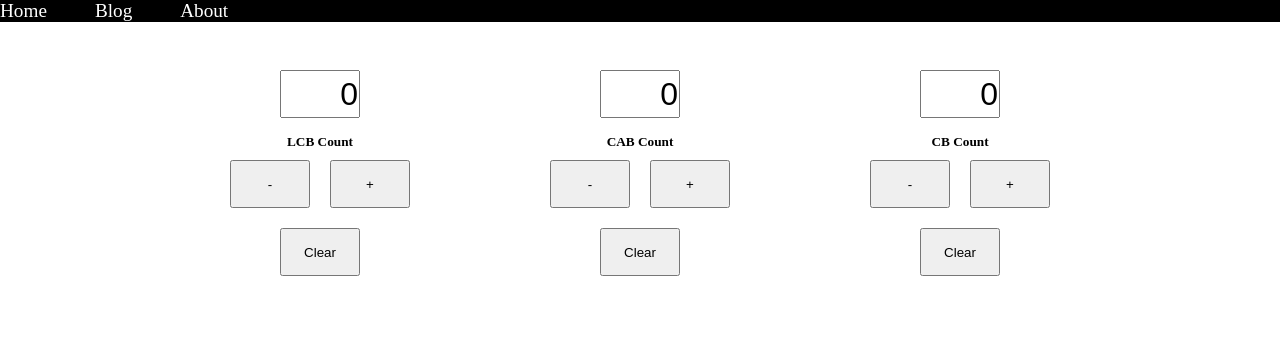
Repository: suraj-yadav7/SwitchWorkflow-Count-reactjs
Page: /
The author's editor kept a copy of each file at every save. The page is drawn from the files as they stood at one save, then again after the next save.
The browser window is 1280 px wide. The pictures show the whole page.
The project was rebuilt for these pictures with package versions that can differ from the ones it lists, and the page was loaded fresh each time.

Above is the page before, as saved 2023-04-17 18:33:33.

After the next save:
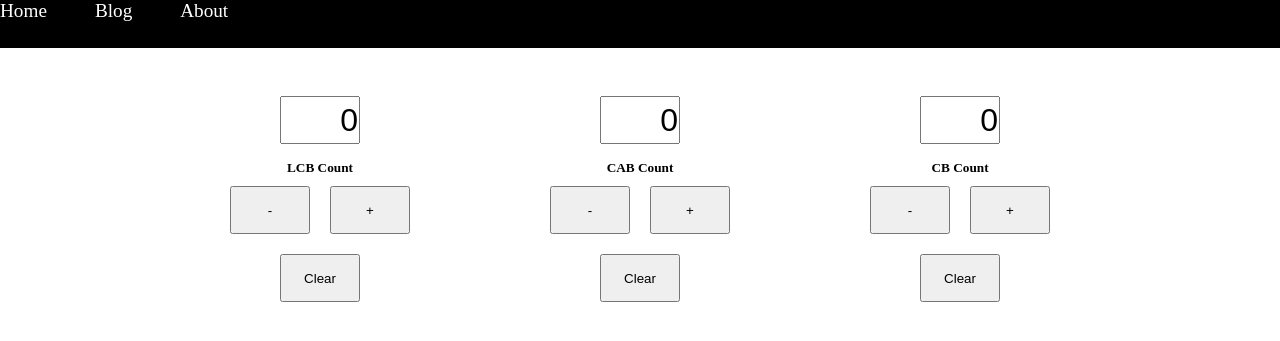
Saved 26 s later.
--- a/src/App.css
+++ b/src/App.css
@@ -14,8 +14,8 @@ li,a{
 }
 /* Nav bar */
 nav{
-
-  flex-direction: column;
+  width: 100%;
+  height: 3rem;
   background-color: black;
   color: white;
   font: 400 1.2rem san-serif;
